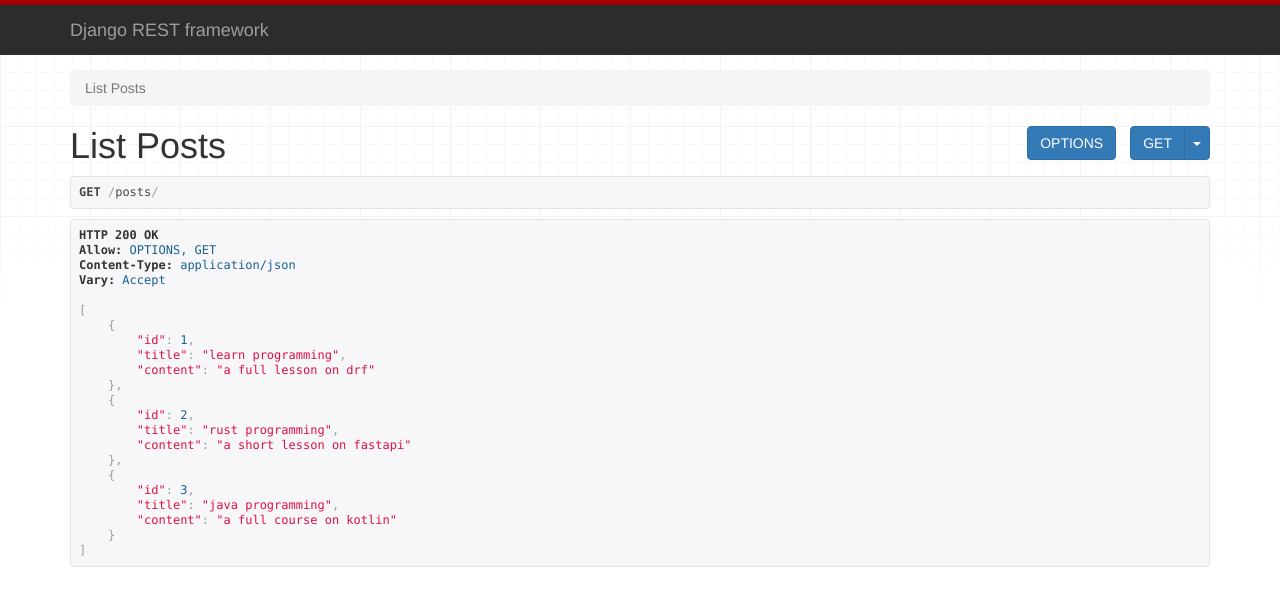
Repository: troubleman96/BlogTrial_in_Django
Page: http://localhost/posts/
An editor plug-in stored every save of this project. The page is shown before and after a run of saves, followed by the edit.
The browser window is 1280 px wide. The pictures show the whole page.
The page is served by the project's application, run on Django 5.2 (manage.py). Other server files are loaded and not shown. Queries for data that is not in the repository find no rows.

Above is the page before, as saved 2025-08-03 11:28:19.

### posts/views.py
from rest_framework.request import Request
from rest_framework.response import Response
from rest_framework import status
from rest_framework.decorators import api_view


posts = [
    {
        "id":1,
        "title": "learn programming",
        "content": "a full lesson on drf"
    },
{
        "id":2,
        "title": "rust programming",
        "content": "a short lesson on fastapi"
    },
    {
        "id":3,
        "title": "java programming",
        "content": "a full course on kotlin"
    }
]

@api_view(http_method_names=["GET","POST"])
def homepage(request:Request):

    if request.method == "POST":
        data = request.data

        response={"message": "Hellow World", "data":data}
        return Response(data=response, status=status.HTTP_201_CREATED)

    response={"message": "Hellow World"}
    return Response(data=response, status=status.HTTP_200_OK)



@api_view(http_method_names=["GET"])
def list_posts(request:Request):
    return Response(data=posts, status=status.HTTP_200_OK)

@api_view(http_method_names=["GET"])
def post_detail(request:Request, post_index:int):
    post = posts[post_index]

    if post:
        return Response(data=post, status=status.HTTP_200_OK)

    return Response(data={"error": "Post not found"}, status=status.HTTP_404_NOT_FOUND)

### blogDemo/urls.py
"""
URL configuration for blogDemo project.

The `urlpatterns` list routes URLs to views. For more information please see:
    https://docs.djangoproject.com/en/5.2/topics/http/urls/
Examples:
Function views
    1. Add an import:  from my_app import views
    2. Add a URL to urlpatterns:  path('', views.home, name='home')
Class-based views
    1. Add an import:  from other_app.views import Home
    2. Add a URL to urlpatterns:  path('', Home.as_view(), name='home')
Including another URLconf
    1. Import the include() function: from django.urls import include, path
    2. Add a URL to urlpatterns:  path('blog/', include('blog.urls'))
"""
from django.contrib import admin
from django.urls import path, include

urlpatterns = [
    path('admin/', admin.site.urls),
    path("posts/", include("posts.urls")),
]

### posts/urls.py
from . import views
from django.urls import path

urlpatterns = [
    path("homepage/", views.homepage, name="posts_home"),
    path("", views.list_posts, name="list_posts"),
    path("<int:post_index>", views.post_detail, name="post_detail"),
]

After the next 2 saves:
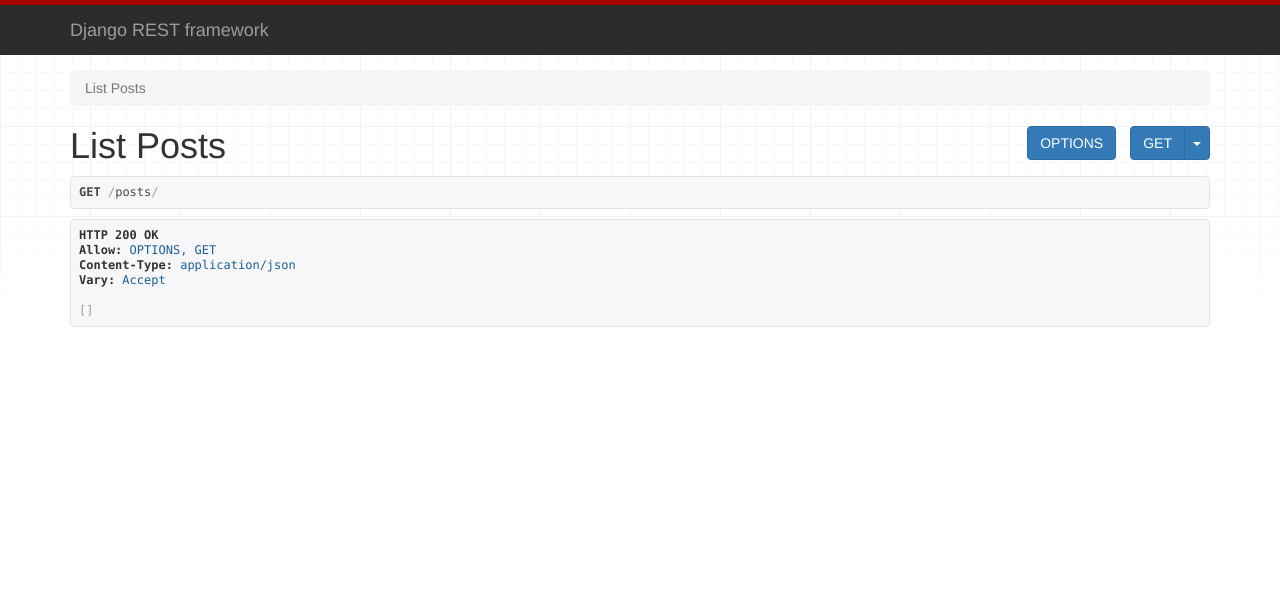
The 2 saves are shown as one change because 1 did not build or start.
The last was saved 9 min 48 s later.
--- a/posts/views.py
+++ b/posts/views.py
@@ -2,25 +2,10 @@ from rest_framework.request import Request
 from rest_framework.response import Response
 from rest_framework import status
 from rest_framework.decorators import api_view
+from .models import Post
+from .serializers import PostSerializer
 
 
-posts = [
-    {
-        "id":1,
-        "title": "learn programming",
-        "content": "a full lesson on drf"
-    },
-{
-        "id":2,
-        "title": "rust programming",
-        "content": "a short lesson on fastapi"
-    },
-    {
-        "id":3,
-        "title": "java programming",
-        "content": "a full course on kotlin"
-    }
-]
 
 @api_view(http_method_names=["GET","POST"])
 def homepage(request:Request):
@@ -35,9 +20,12 @@ def homepage(request:Request):
     return Response(data=response, status=status.HTTP_200_OK)
 
 
-
 @api_view(http_method_names=["GET"])
 def list_posts(request:Request):
+    posts = Post.objects.all()
+
+
+
     return Response(data=posts, status=status.HTTP_200_OK)
 
 @api_view(http_method_names=["GET"])
